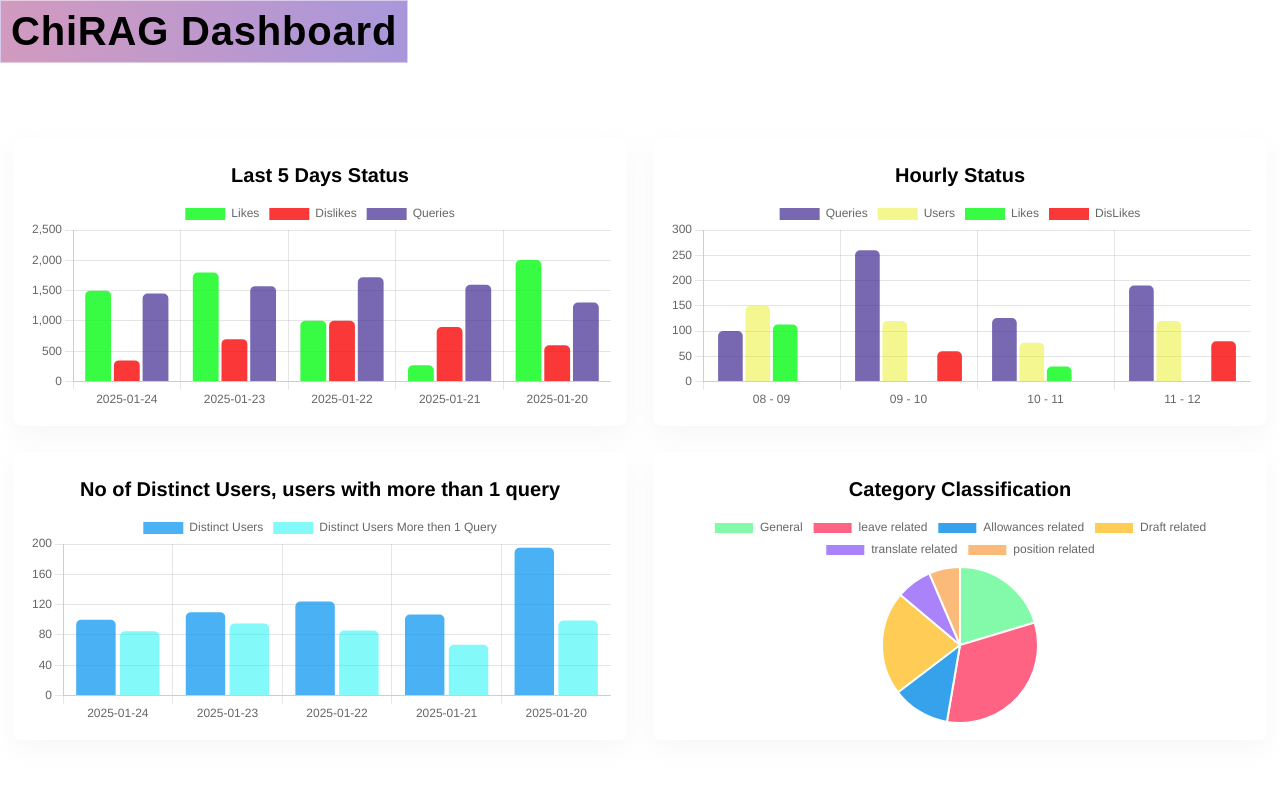
Repository: NAGARAJ-DEVELOPER/Dashboard
Page: /
An editor plug-in stored every save of this project. The page is shown before and after the next save, followed by the edit.
The browser window is 1280 px wide. The pictures show the whole page.
The project was rebuilt for these pictures with package versions that can differ from the ones it lists, and the page was loaded fresh each time. Also part of the build but not shown: vite.config.js.

Above is the page before, as saved 2025-02-16 16:47:14.

After the next save:
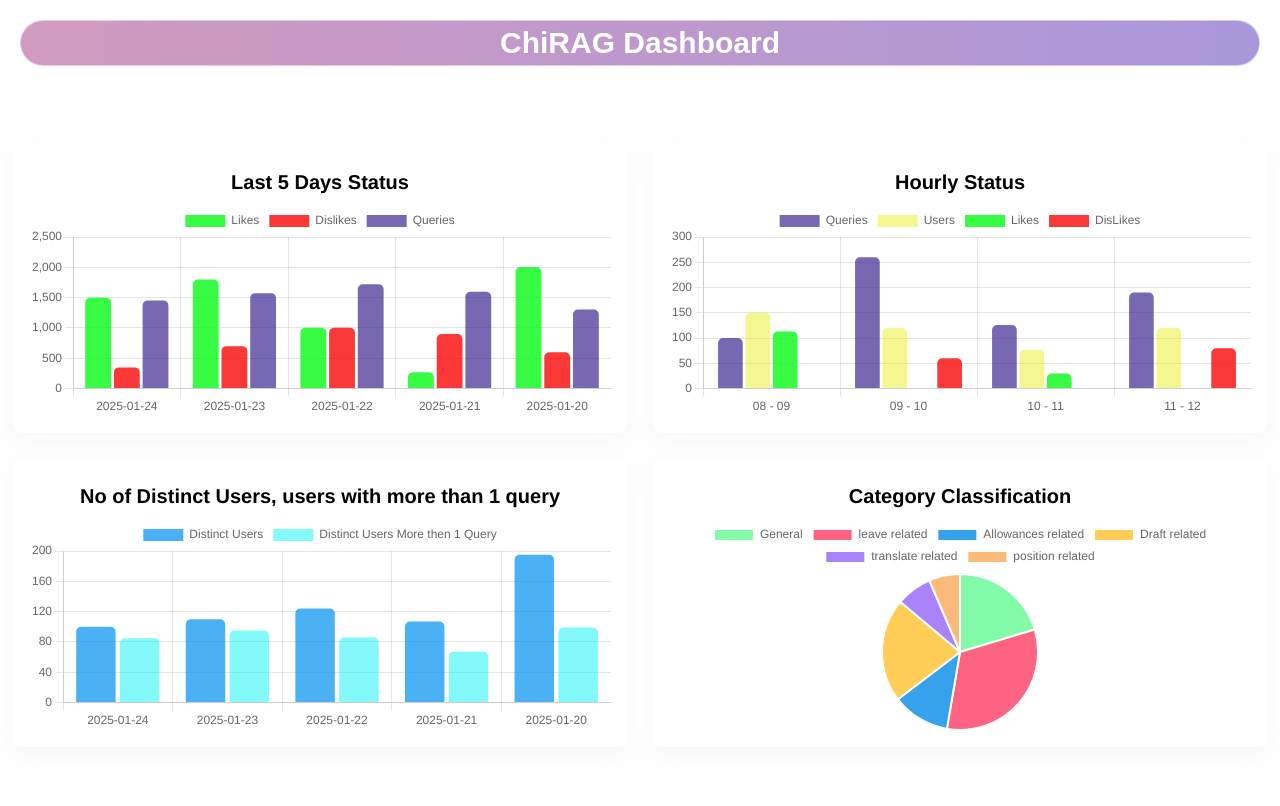
Saved 42 s later.
--- a/src/App.css
+++ b/src/App.css
@@ -12,14 +12,18 @@
   overflow: auto;
 }
 .HeaderStyle{
-  font-weight: 700;
-  letter-spacing: 0.8px;
-  padding: 8px 10px;
+  font-size: 15px;
+  display: flex;
+  justify-content: center; /* Horizontal alignment */
+  align-items: center; /* Vertical alignment */
+
+  color: #ffffff;
+  border-radius: 30px;
+  margin: 20px;
+  font-weight: bold;
+  padding: 5px;
   background: linear-gradient(90.21deg, rgba(170, 54, 124, 0.5) -5.91%, rgba(74, 47, 189, 0.5) 111.58%);
   border: 1px solid rgba(255, 255, 255, 0.5);
-  font-size: 20px;
-  margin-bottom: 16px;
-  display: inline-block;
 }
 .dotted {
   border-top: 20px dotted #0a0a0a;
